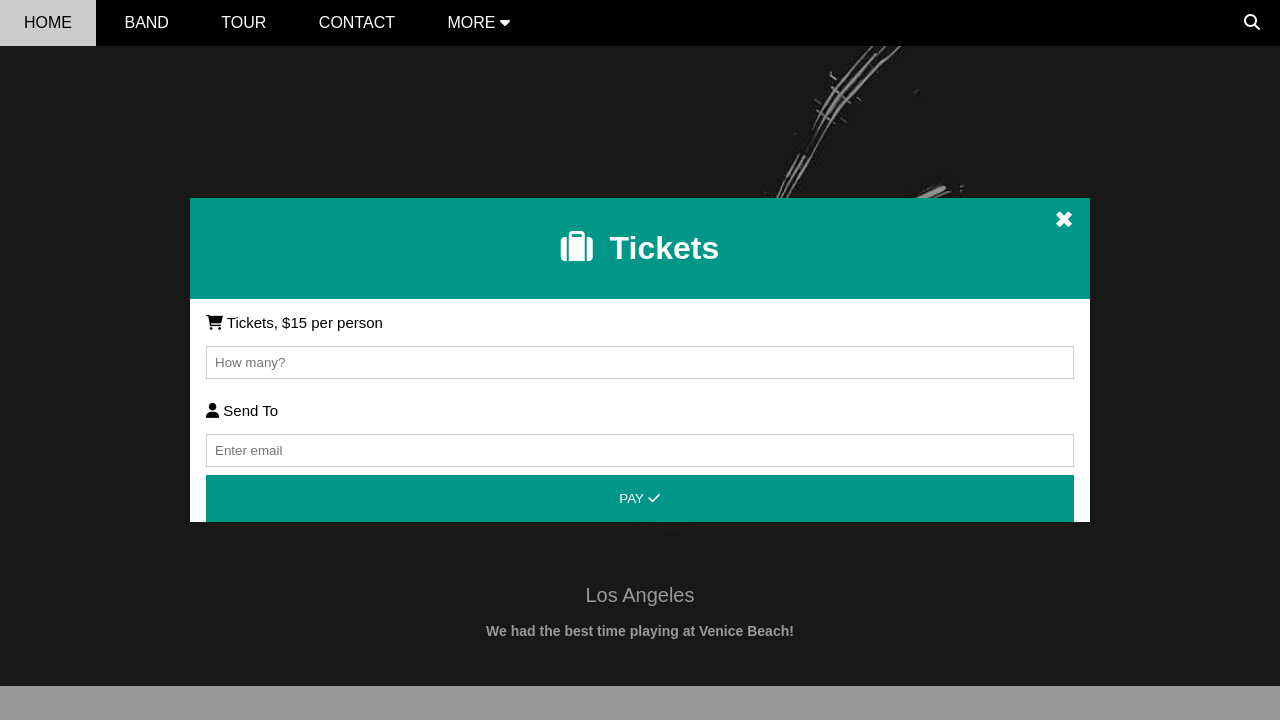
Repository: TranPhucThinh/clone-the-band
Page: index.html
An editor plug-in stored every save of this project. The page is shown before and after the next save, followed by the edit.
The browser window is 1280 px wide. The pictures show the window.
A layer covers the whole window, so only the first screen is drawn. Some web libraries are served in a nearby version.

Above is the page before, as saved 2022-08-04 16:19:21.

### index.html
<!DOCTYPE html>
<html lang="en">

<head>
    <meta charset="UTF-8">
    <meta http-equiv="X-UA-Compatible" content="IE=edge">
    <meta name="viewport" content="width=device-width, initial-scale=1.0">

    <title>The Band</title>

    <link rel="stylesheet" href="./assets/style.css">
    <link rel="stylesheet" href="https://cdnjs.cloudflare.com/ajax/libs/font-awesome/6.1.2/css/all.min.css">
</head>

<body>
    <div id="main">

        <div id="header">
            <ul id="nav">
                <li><a href="">Home</a></li>
                <li><a href="">Band</a></li>
                <li><a href="">Tour</a></li>
                <li><a href="">Contact</a></li>
                <li>
                    <a href="">
                        More
                        <i class="fa-solid fa-caret-down"></i>
                    </a>

                    <ul class="subnav">
                        <li><a href="">Merchandise</a></li>
                        <li><a href="">Extras</a></li>
                        <li><a href="">Media</a></li>
                    </ul>
                </li>
            </ul>

            <div class="search-btn">
                <i class="fa-solid fa-magnifying-glass"></i>
            </div>
        </div>

        <div id="slider">
            <div class="text-slider">
                <div class="slider-heading">Los Angeles</div>
                <div class="slider-title">We had the best time playing at Venice Beach!</div>
            </div>
        </div>

        <div id="content">
            <!-- Section About -->
            <div class="section-about">
                <div class="section-content">
                    <p class="title">The band</p>
                    <i class="subtitle">We love music</i>

                    <p class="desc">
                        We have created a fictional band website. Lorem ipsum dolor sit amet, consectetur adipiscing
                        elit,
                        sed
                        do eiusmod tempor incididunt ut labore et dolore magna aliqua. Ut enim ad minim veniam, quis
                        nostrud
                        exercitation ullamco laboris nisi ut aliquip ex ea commodo consequat. Duis aute irure dolor in
                        reprehenderit in voluptate velit esse cillum dolore eu fugiat nulla pariatur. Excepteur sint
                        occaecat
                        cupidatat non proident, sunt in culpa qui officia deserunt mollit anim id est laborum
                        consectetur
                        adipiscing elit, sed do eiusmod tempor incididunt ut labore et dolore magna aliqua. Ut enim ad
                        minim
                        veniam, quis nostrud exercitation ullamco laboris nisi ut aliquip ex ea commodo consequat.
                    </p>
                    <div class="member">
                        <div class="member-1">
                            <p>Name</p>
                            <img src="./assets/imgs/bandmember.jpg" alt="">
                        </div>
                        <div class="member-2">
                            <p>Name</p>
                            <img src="./assets/imgs/bandmember.jpg" alt="">
                        </div>
                        <div class="member-3">
                            <p>Name</p>
                            <img src="./assets/imgs/bandmember.jpg" alt="">
                        </div>
                    </div>
                </div>
            </div>
            <!-- End of Section About -->

            <!-- Section Tour Dates -->
            <div class="tour-date">
                <div class="section-content">
                    <p class="title">Tour dates</p>
                    <i class="subtitle">Remember to book your tickets!</i>

                    <ul class="ticket-state">
                        <li>September<span class="sold-out">Sold out</span></li>
                        <li>October<span class="sold-out">Sold out</span></li>
                        <li>November<span class="quantity">3</span></li>
                    </ul>

                    <div class="places-list">
                        <div class="place-item">
                            <img src="./assets/imgs/newyork.jpg" alt="" class="place-img">
                            <div class="place-content">
                                <p class="place">New York</p>
                                <p class="time">Fri 27 Nov 2016</p>
                                <p class="place-desc">Praesent tincidunt sed tellus ut rutrum sed vitae justo.</p>
                                <button class="buy-ticket-btn">Buy Tickets</button>
                            </div>
                        </div>
                        <div class="place-item">
                            <img src="./assets/imgs/paris.jpg" alt="" class="place-img">
                            <div class="place-content">

                                <p class="place">Paris</p>
                                <p class="time">Sat 28 Nov 2016</p>
                                <p class="place-desc">Praesent tincidunt sed tellus ut rutrum sed vitae justo.</p>
                                <button class="buy-ticket-btn">Buy Tickets</button>
                            </div>
                        </div>
                        <div class="place-item">
                            <img src="./assets/imgs/sanfran.jpg" alt="" class="place-img">
                            <div class="place-content">
                                <p class="place">San Francisco</p>
                                <p class="time">Sun 29 Nov 2016</p>
                                <p class="place-desc">Praesent tincidunt sed tellus ut rutrum sed vitae justo.</p>
                                <button class="buy-ticket-btn">Buy Tickets</button>
                            </div>
                        </div>
                    </div>
                </div>
            </div>
            <!-- End of Section Tour Dates -->

            <!-- Section Contact -->
            <div class="section-contact">
                <div class="section-content">
                    <p class="title">Contact</p>
                    <i class="subtitle">Fan? Drop a note!</i>

                    <div class="contact-content">
                        <div class="contact-by">
                            <div class="address"><i class="fa-solid fa-location-dot icon-contact"></i>Chicago, US</div>
                            <div class="phone"><i class="fa-solid fa-phone icon-contact"></i>Phone: +00 151515</div>
                            <div class="email"><i class="fa-solid fa-envelope icon-contact"></i>Email: mail@mail.com
                            </div>
                        </div>

                        <div class="send-msg">
                            <form action="">
                                <div class="info-user">
                                    <input type="text" required class="input field-name" placeholder="Name">
                                    <input type="text" required class="input field-email" placeholder="Email">
                                </div>
                                <input type="text" required class="input field-msg" placeholder="Message">
                                <button class="send-btn">SEND</button>
                            </form>
                        </div>
                    </div>
                </div>
            </div>
            <!-- End of Section Contact -->

            <!-- Section Map -->
            <div class="section-map">
                <img src="./assets/imgs/map.jpg" alt="">
            </div>
            <!-- End of Section Map -->
        </div>

        <div id="footer">
            <div class="social-icon">
                <i class="fa-brands fa-square-facebook"></i>
                <i class="fa-brands fa-square-instagram"></i>
                <i class="fa-brands fa-square-snapchat"></i>
                <i class="fa-brands fa-square-pinterest"></i>
                <i class="fa-brands fa-square-twitter"></i>
                <i class="fa-brands fa-linkedin"></i>
            </div>
            <p>Power by <a>w3.css</a></p>
        </div>

        <!-- Buy tickets modal section -->
        <div class="modal">
            <div class="modal-container">
                <div class="header-modal">
                    <h1><i class="fa-solid fa-suitcase"></i> Tickets</h1>
                    <div class="close-btn">✖</div>
                </div>

                <div class="body-modal">
                    <div class="quantity-ticket">
                        <label for="quantity-ticket">
                            <i class="fa-solid fa-cart-shopping"></i>
                            Tickets, $15 per person
                        </label>
                        <input type="text" placeholder="How many?" id="quantity-ticket">
                    </div>
                    <div class="send-to">
                        <label for="enter-email">
                            <i class="fa-solid fa-user"></i>
                            Send To
                        </label>
                        <input type="text" placeholder="Enter email" id="enter-email">
                    </div>

                    <button class="pay-btn">PAY <i class="fa-solid fa-check"></i></button>
                </div>
            </div>
        </div>
        <!-- End of Buy tickets modal section -->
    </div>

</body>

</html>

### assets/style.css
* {
  padding: 0;
  margin: 0;
  box-sizing: border-box;
}

html {
  font-family: Arial, Helvetica, sans-serif;
}

/* ----------------- Header Section ----------------- */
#header {
  height: 46px;
  background-color: #000;
  position: fixed;
  top: 0;
  right: 0;
  left: 0;
  z-index: 1;
}

#nav {
  display: inline-block;
}

#nav > li {
  display: inline-block;
}

#nav li {
  position: relative;
}

#nav > li > a {
  color: #fff;
  text-transform: uppercase;
}

#nav li a {
  line-height: 46px;
  padding: 0 24px;
  display: inline-block;
  text-decoration: none;
}

#nav > li:hover > a,
.subnav li:hover a {
  color: #000;
  background-color: #ccc;
}

#nav .subnav {
  display: none;
  position: absolute;
  background-color: #fff;
  box-shadow: 0 4px 10px 0 rgb(0 0 0 / 20%), 0 4px 20px 0 rgb(0 0 0 / 19%);
}

#nav li:last-child:hover .subnav {
  display: block;
}

#nav li:last-child:hover .fa-caret-down {
  color: #000;
}

#nav .subnav li {
  list-style-type: none;
}

#nav .subnav a {
  color: #000;
  display: block;
  line-height: 40px;
  padding: 0 32px;
}

#header .fa-solid {
  color: #fff;
}

.search-btn {
  float: right;
  line-height: 46px;
  padding: 0 20px;
}

.search-btn:hover {
  background-color: red;
  cursor: pointer;
}
/* ---------- End of Header Section ------------ */

/* -------------- Slider Section -------------- */
#slider {
  background-color: #fff;
  margin-top: 46px;
  padding-top: 50%;
  background: url('/assets/imgs/la.jpg') top center / cover no-repeat;
  position: relative;
}

#slider .text-slider {
  color: #fff;
  text-align: center;
  position: absolute;
  bottom: 47px;
  left: 50%;
  transform: translate(-50%);
}

#slider .slider-heading {
  font-size: 20px;
  margin-bottom: 16px;
}

#slider .slider-title {
  font-size: 14px;
  font-weight: 700;
}
/* ------------- End of Slider Section ------------- */

/* ------------- Content Section ----------------- */
/* About Section */
.section-content {
  max-width: 800px;
  margin: 0 auto;
  text-align: center;
  padding: 64px 0;
}

.section-content .title {
  font-size: 30px;
  text-transform: uppercase;
  letter-spacing: 4px;
  margin-bottom: 25px;
}

.section-content .subtitle {
  opacity: 0.6;
  font-size: 15px;
  margin-bottom: 15px;
  display: inline-block;
}

#content .desc {
  text-align: justify;
  font-size: 15px;
  line-height: 1.4;
  margin-bottom: 47px;
}

#content .member {
  display: flex;
  justify-content: space-around;
  margin-bottom: 32px;
}

.member p {
  margin-bottom: 15px;
}

.member img {
  width: 60%;
  border-radius: 8px;
}
/* End of About Section */

/* Tour date Section */
.tour-date {
  background-color: #000;
  color: #fff;
}

.ticket-state {
  text-align: start;
  list-style-type: none;
  margin-top: 25px;
}

.ticket-state li {
  padding: 8px 20px;
  background-color: #fff;
  color: #757575;
  border-bottom: 1px solid #ddd;
}

.ticket-state .sold-out {
  background-color: #f44336;
  color: #fff;
  padding: 4px 8px;
  margin-left: 12px;
}

.ticket-state .quantity {
  float: right;
  color: #fff;
  background-color: #000;
  width: 24px;
  height: 24px;
  text-align: center;
  line-height: 24px;
  border-radius: 50%;
  margin-top: -3px;
}

.places-list {
  padding: 32px 0;
  display: flex;
  margin: 0 -8px;
}

.place-item {
  width: 33.33%;
  padding: 0 8px;
}

.place-item img {
  width: 100%;
  display: block;
}

.place-content {
  background-color: #fff;
  color: #000;
  text-align: start;
  padding: 16px;
}

.place-content .place {
  margin-bottom: 16px;
  font-weight: 700;
}

.place-content .time {
  opacity: 0.6;
  font-size: 14px;
  margin-bottom: 16px;
}

.place-content .place-desc {
  margin-bottom: 16px;
}

.place-content .buy-ticket-btn {
  border: none;
  color: #fff;
  background-color: #000;
  padding: 12px 16px;
}

.place-content .buy-ticket-btn:hover {
  color: #000;
  background-color: #ccc;
  cursor: pointer;
}
/* End of Tour date Section */

/* Contact Section */
.contact-content {
  display: flex;
  justify-content: space-between;
  padding: 32px 0;
}

.contact-by {
  text-align: start;
}

.contact-by .icon-contact {
  width: 30px;
  margin-bottom: 8px;
}

.field-name {
  margin-right: 8px;
}

.field-msg {
  width: 100%;
  margin-top: 8px;
}

.input {
  padding: 8px;
}

.send-btn {
  border: none;
  background-color: #000;
  color: #fff;
  padding: 8px 16px;
  margin-top: 20px;
  float: right;
}

.send-btn:hover {
  color: #000;
  background-color: #ccc;
  cursor: pointer;
}
/* End of Contact Section */

/* Map Section */
.section-map img {
  width: 100%;
}
/* End of Map Section */
/* ------------- End of Content Section ------------- */

/* ----------------- Footer Section ----------------- */
#footer {
  padding: 64px;
}

.social-icon {
  font-size: 24px;
  opacity: 0.6;
  text-align: center;
}

.social-icon i {
  margin: 0 4px;
}

.social-icon i:hover {
  opacity: 0.4;
  cursor: pointer;
}

#footer p {
  margin: 15px;
  font-size: 15px;
  opacity: 0.6;
  text-align: center;
}

#footer a {
  text-decoration: underline;
  cursor: pointer;
}
/* -------------- End of Footer Section ----------------- */

/* -------------- Modal Section ----------------- */
.modal {
  position: fixed;
  right: 0;
  left: 0;
  top: 0;
  bottom: 0;
  background: rgba(0, 0, 0, 0.4);
  display: flex;
  align-items: center;
}

.modal-container {
  width: 900px;
  margin: 0 auto;
}

.header-modal {
  padding: 32px;
  background-color: #009688;
  text-align: center;
  color: #fff;
  position: relative;
}

.header-modal i {
  margin-right: 8px;
}

.close-btn {
  font-size: 24px;
  position: absolute;
  top: 0;
  right: 0;
  padding: 8px 16px;
}

.close-btn:hover {
  background-color: #ccc;
  color: #000;
  cursor: pointer;
}

.body-modal {
  background-color: #fff;
  padding: 0 16px;
  font-size: 15px;
}

.body-modal label {
  display: block;
  padding: 15px 0;
}

.body-modal input {
  width: 100%;
  padding: 8px;
  border: 1px solid #ccc;
  margin-bottom: 8px;
}

.pay-btn {
  border: none;
  width: 100%;
  background-color: #009688;
  color: #fff;
  padding: 16px;
}

After the next save:
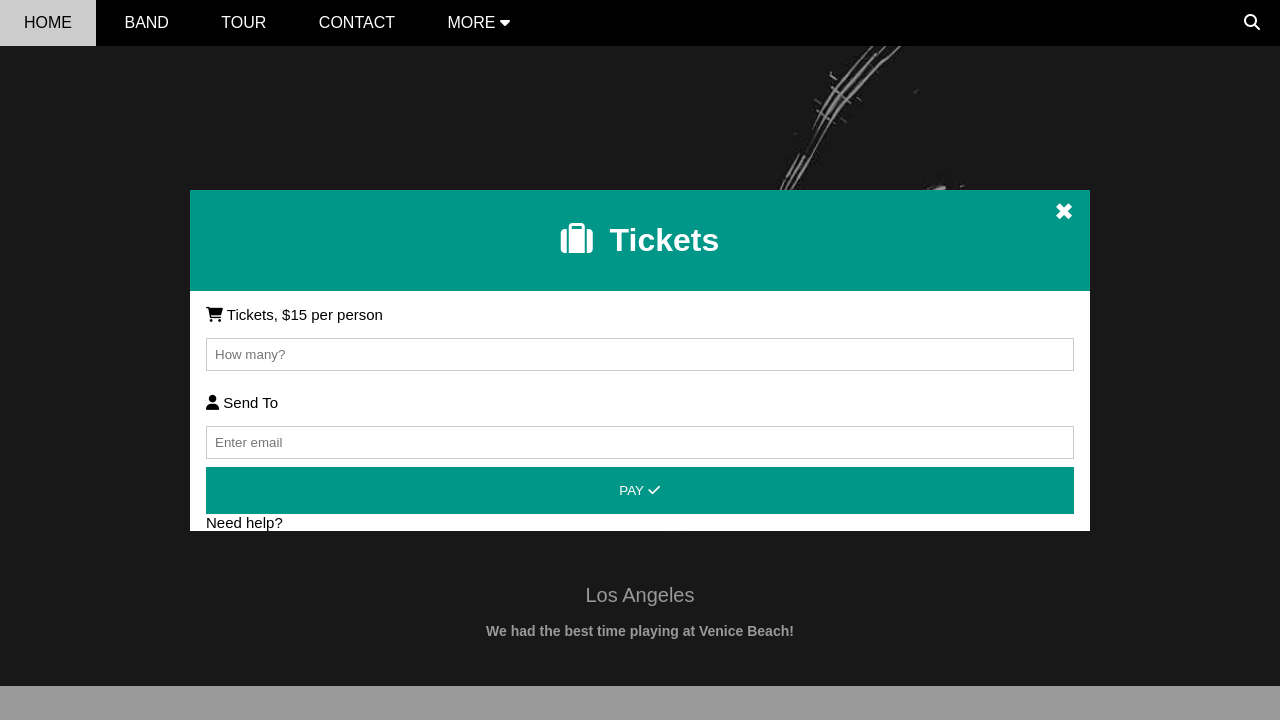
Saved 61 s later.
--- a/index.html
+++ b/index.html
@@ -206,6 +206,7 @@
                     </div>
 
                     <button class="pay-btn">PAY <i class="fa-solid fa-check"></i></button>
+                    <p>Need <a>help?</a></p>
                 </div>
             </div>
         </div>
